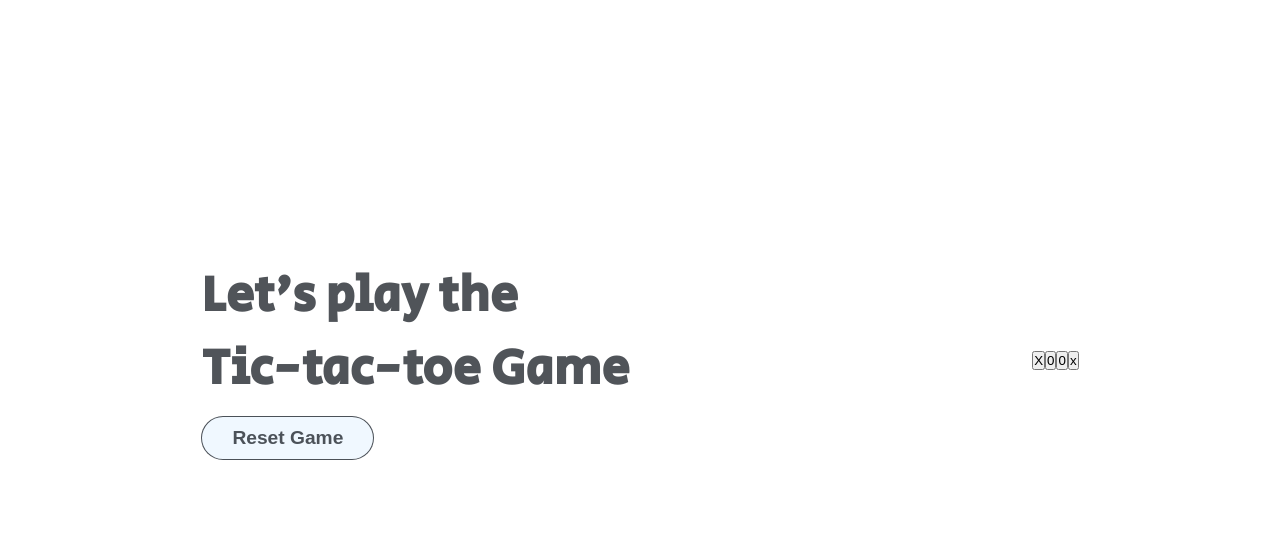
Repository: evergreenx/tic-tac
Page: /
An editor plug-in stored every save of this project. The page is shown before and after a run of saves, followed by the edit.
The browser window is 1280 px wide. The pictures show the whole page.
The project was rebuilt for these pictures with package versions that can differ from the ones it lists, and the page was loaded fresh each time.

Above is the page before, as saved 2022-04-21 13:31:36.

### src/index.scss

$primary-color: #02070eb0;

@import url("https://fonts.googleapis.com/css2?family=Anton&family=Secular+One&display=swap");

* {
  margin: 0;
  padding: 0;
  box-sizing: border-box;
}

body {
  font-family: "Secular One", sans-serif;
}

.App {
  display: flex;
  flex-direction: row;
  align-items: center;
  justify-content: space-around;
  height: 100vh;

  .board-text {
    .heading {
      color: $primary-color;
      font-size: 50px;
    }

    .reset--button--text {
      color: $primary-color;
      font-size: 1.2rem;
      padding: 10px 30px;
      border: 1px $primary-color solid;
      border-radius: 50px;
      cursor: pointer;
      background-color: aliceblue;
      margin-top: 10px;
      font-weight: 600;
    }
  }
}

@media (max-width: 768px) {
  .App {
    flex-direction: column;
  }
}

### src/App.js
import Board from "./components/Board";

function App() {
  return (
    <section className="App">
      <div className="board-text">
        <h1 className="heading">
          Let's play the <br /> Tic-tac-toe  Game
        </h1>
        <div class="reset--button">
          <button class="reset--button--text">Reset Game</button>
        </div>
      </div>

      <Board />
    </section>
  );
}

export default App;

### src/components/Board.jsx
import React from "react";
import './Board.scss'

function Board() {
  return (
    <div className="board">
      <button>X</button>

      <button>0</button>

      <button>0</button>

      <button>x</button>
    </div>
  );
}

export default Board;

### src/components/Board/Board.scss
.board {
  display: flex;
  flex-direction: row;
}

Loaded but not shown: public/index.html (common file); src/index.js (common file); src/reportWebVitals.js (common file)

After the next 2 saves:
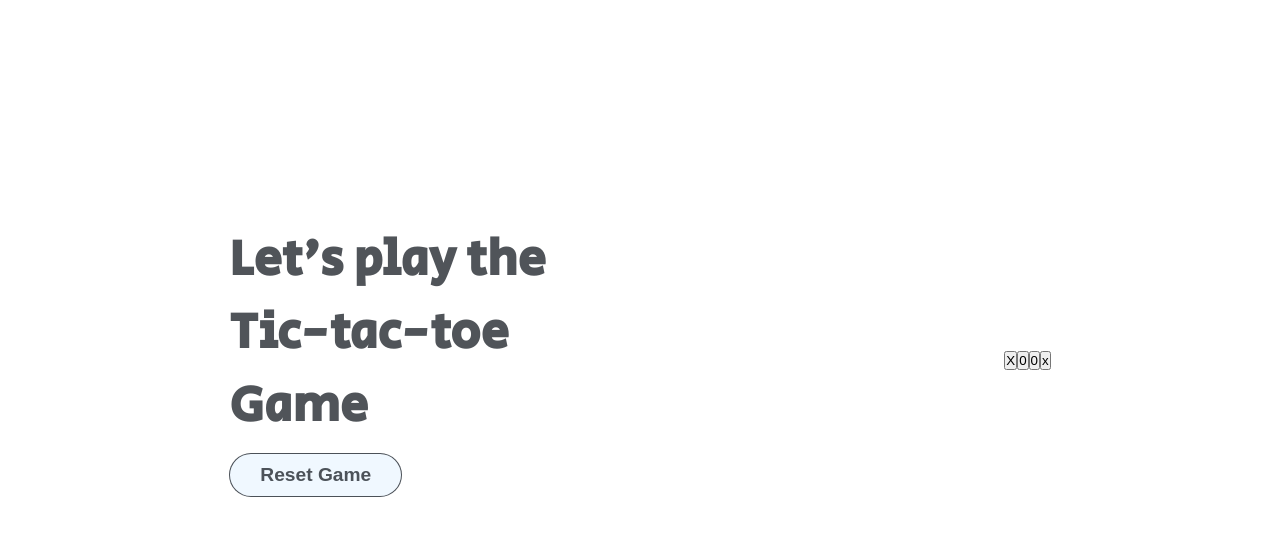
The 2 saves are shown as one change because they came seconds apart.
The last was saved 11 s later.
--- a/src/App.js
+++ b/src/App.js
@@ -5,7 +5,7 @@ function App() {
     <section className="App">
       <div className="board-text">
         <h1 className="heading">
-          Let's play the <br /> Tic-tac-toe  Game
+          Let's play the <br /> Tic-tac-toe <br />  Game
         </h1>
         <div class="reset--button">
           <button class="reset--button--text">Reset Game</button>
